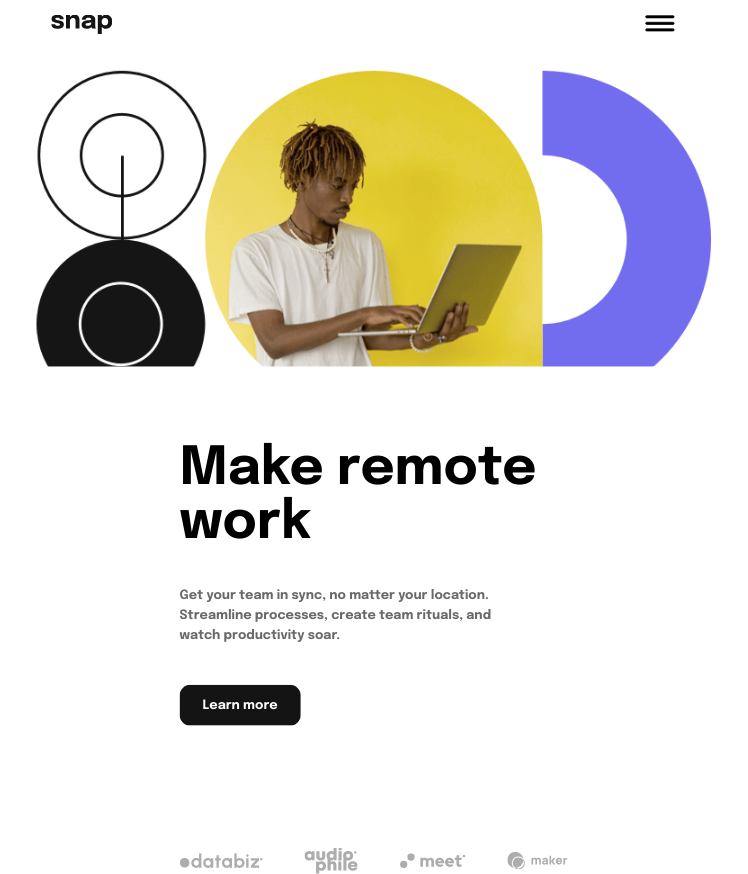
Repository: KamoliddinGIT/intro-section-with-dropdown
Page: index.html
The author's editor kept a copy of each file at every save. The page is drawn from the files as they stood at one save, then again after the next save.
The browser window is 1024 px wide. The pictures show the whole page, at 73% of full size.

Above is the page before, as saved 2023-09-24 19:30:14.

After the next save:
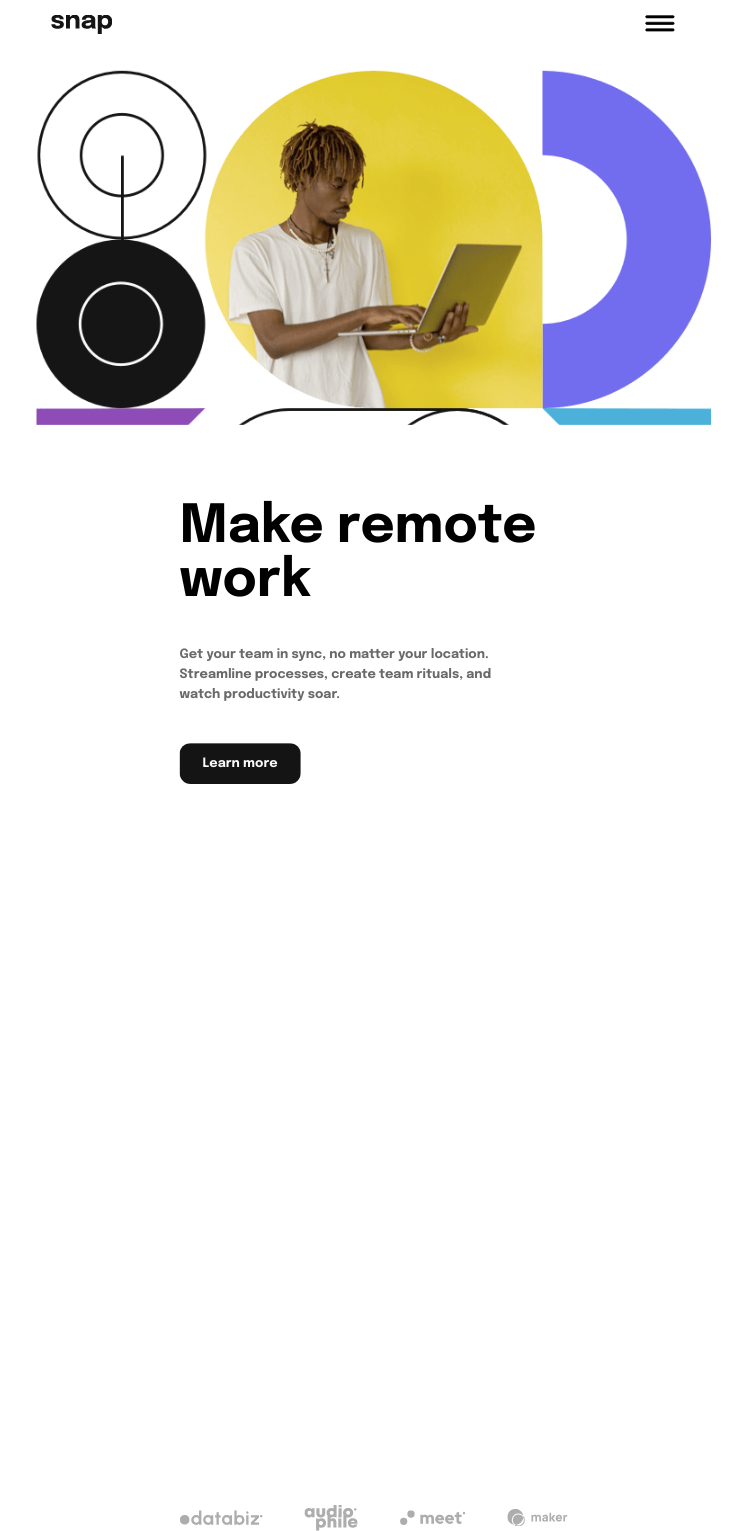
Saved 8 s later.
--- a/css/style.css
+++ b/css/style.css
@@ -435,7 +435,7 @@
   }
   .main {
     width: 100%;
-    min-height: 1100px;
+    min-height: 2000px;
     flex-direction: column-reverse;
   }
   .main-img {
